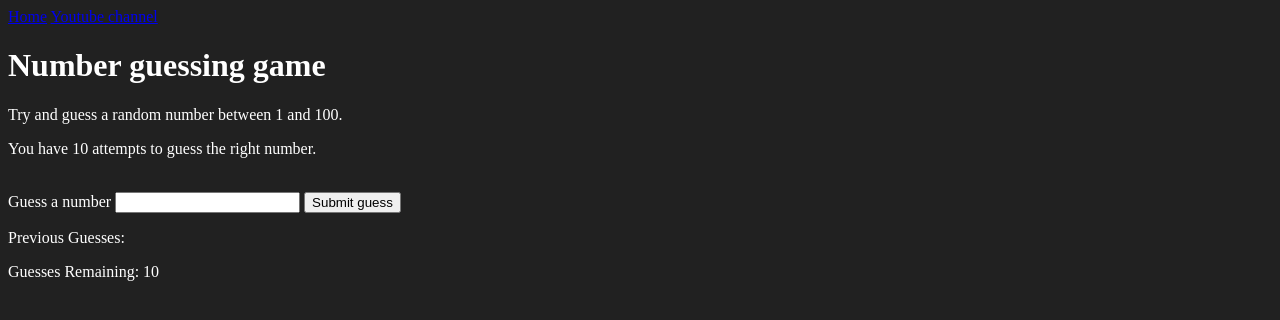
Repository: Chiranshukapil/Mini-project
Page: index.html
The author's editor kept a copy of each file at every save. The page is drawn from the files as they stood at one save, then again after the next save.
The browser window is 1280 px wide. The pictures show the whole page.

Above is the page before, as saved 2024-06-23 21:52:50.
Not found: style.js
Not found: styles.css

### index.html
<!DOCTYPE html>
<html lang="en">
<head>
    <meta charset="UTF-8">
    <meta name="viewport" content="width=device-width, initial-scale=1.0">
    <meta http-equiv="X-UA-Compatible" content="ie=edge">
    <title>Number Guessing Game</title>
    <link rel="stylesheet" href="style.css">
    <link rel="stylesheet" href="../styles.css">
</head>
<body style="background-color:#212121; color:#fff;">
  <nav>
    <a href="/" aria-current="page">Home</a>
    <a target="_blank" href="https://www.youtube.com/@chaiaurcode"
      >Youtube channel</a
    >
  </nav>

    <div id="wrapper">
      <h1>Number guessing game</h1>
    <p>Try and guess a random number between 1 and 100.</p>
    <p>You have 10 attempts to guess the right number.</p>
    </br>
        <form class="form">
            <label2 for="guessField" id="guess">Guess a number</label>
            <input type="text" id="guessField" class="guessField">
            <input type="submit" id="subt" value="Submit guess" class="guessSubmit">
        </form>

        <div class="resultParas">
            <p >Previous Guesses: <span class="guesses"></span></p>
            <p >Guesses Remaining: <span class="lastResult">10</span></p>
            <p class="lowOrHi"></p>
        </div>
    </div>
    <script src="style.js"></script>
</body>
</html>

Loaded but not shown: style.css (no stored copy; drawn as an empty file)

After the next save:
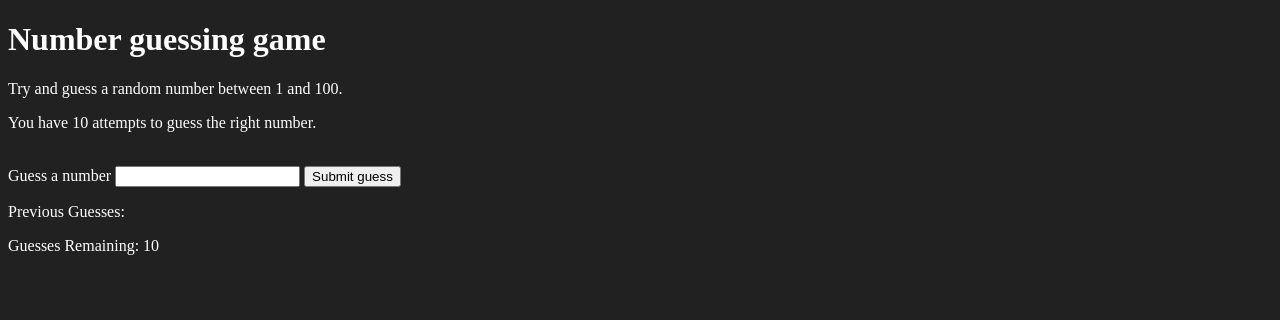
Saved 47 s later.
--- a/index.html
+++ b/index.html
@@ -9,12 +9,12 @@
     <link rel="stylesheet" href="../styles.css">
 </head>
 <body style="background-color:#212121; color:#fff;">
-  <nav>
+  <!-- <nav>
     <a href="/" aria-current="page">Home</a>
     <a target="_blank" href="https://www.youtube.com/@chaiaurcode"
       >Youtube channel</a
     >
-  </nav>
+  </nav> -->
 
     <div id="wrapper">
       <h1>Number guessing game</h1>
